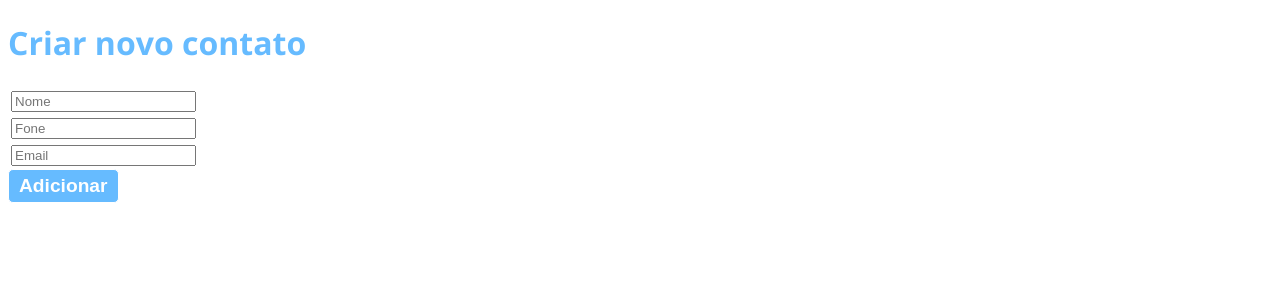
Repository: sergiotales1/agendactt-java
Page: http://localhost/agenda/novo.html
The author's editor kept a copy of each file at every save. The page is drawn from the files as they stood at one save, then again after the next save.
The browser window is 1280 px wide. The pictures show the whole page.
The page is served by Tomcat 9.

Above is the page before, as saved 2023-11-25 18:50:14.

After the next save:
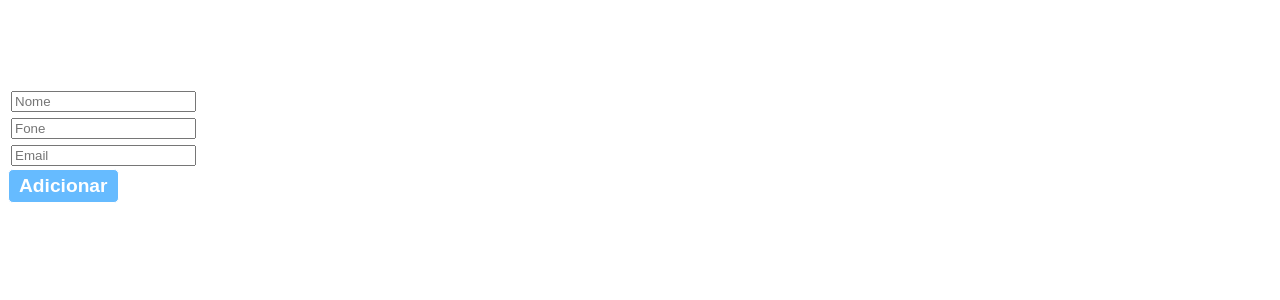
Saved 29 s later.
--- a/agenda/src/main/webapp/style.css
+++ b/agenda/src/main/webapp/style.css
@@ -8,7 +8,7 @@ body {
 }
 
 h1{
-	color: #66bbff;
+	color: white;
 }
 
 .Botao1{
